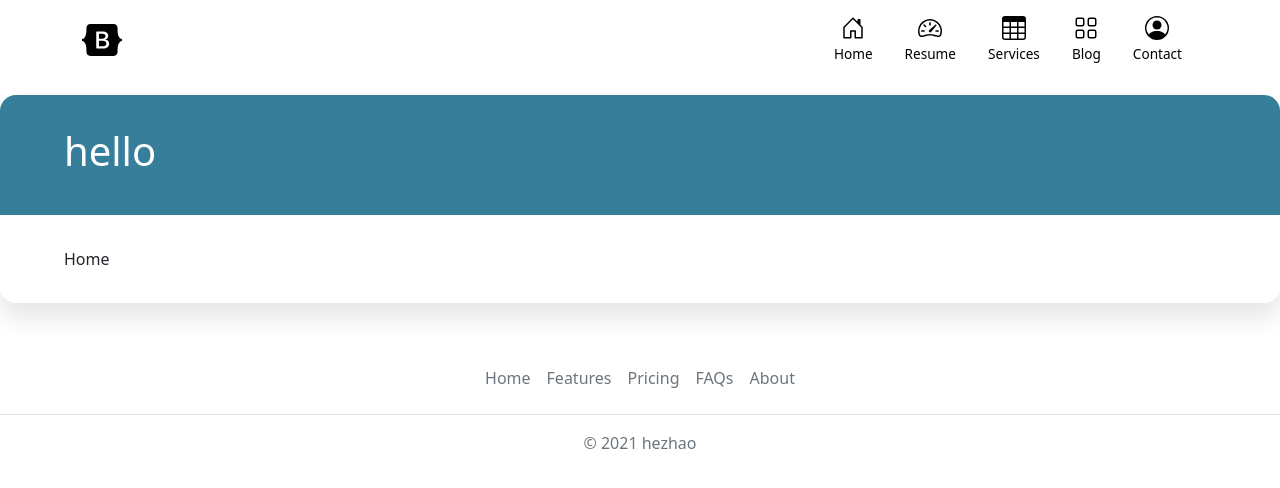
Repository: HeZhao-hugh/personal-web
Page: index.html
The author's editor kept a copy of each file at every save. The page is drawn from the files as they stood at one save, then again after a run of saves.
The browser window is 1280 px wide. The pictures show the whole page.

Above is the page before, as saved 2022-01-19 18:02:39.

After the next 3 saves:
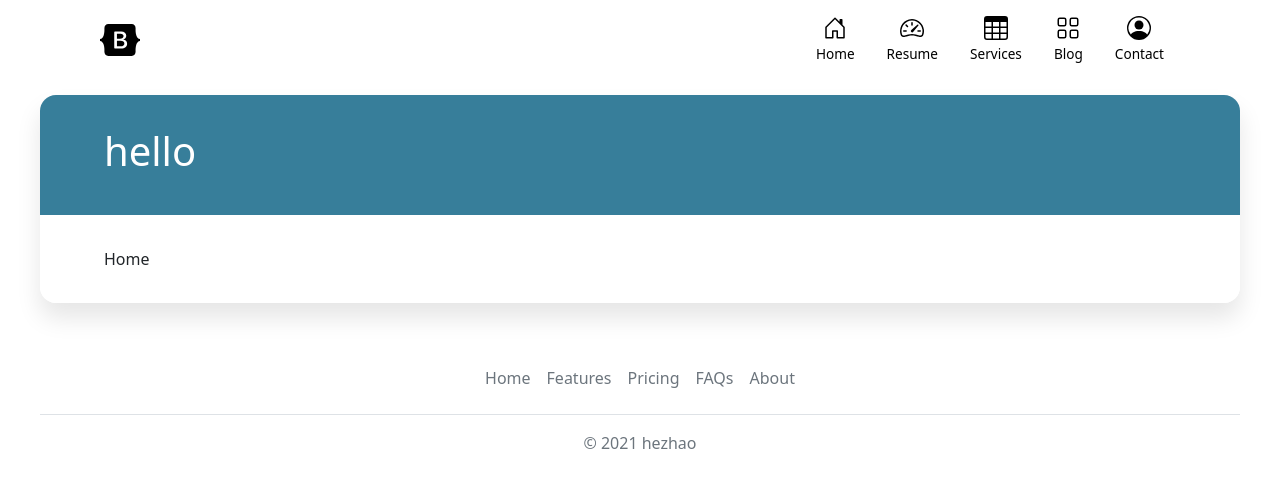
The 3 saves are shown as one change because they came seconds apart.
The last was saved 7 s later.
--- a/style.css
+++ b/style.css
@@ -1,5 +1,5 @@
   body{
-    max-width: 1500px;
+    max-width: 1200px;
     margin: auto;
   }
   .form-control-dark {
